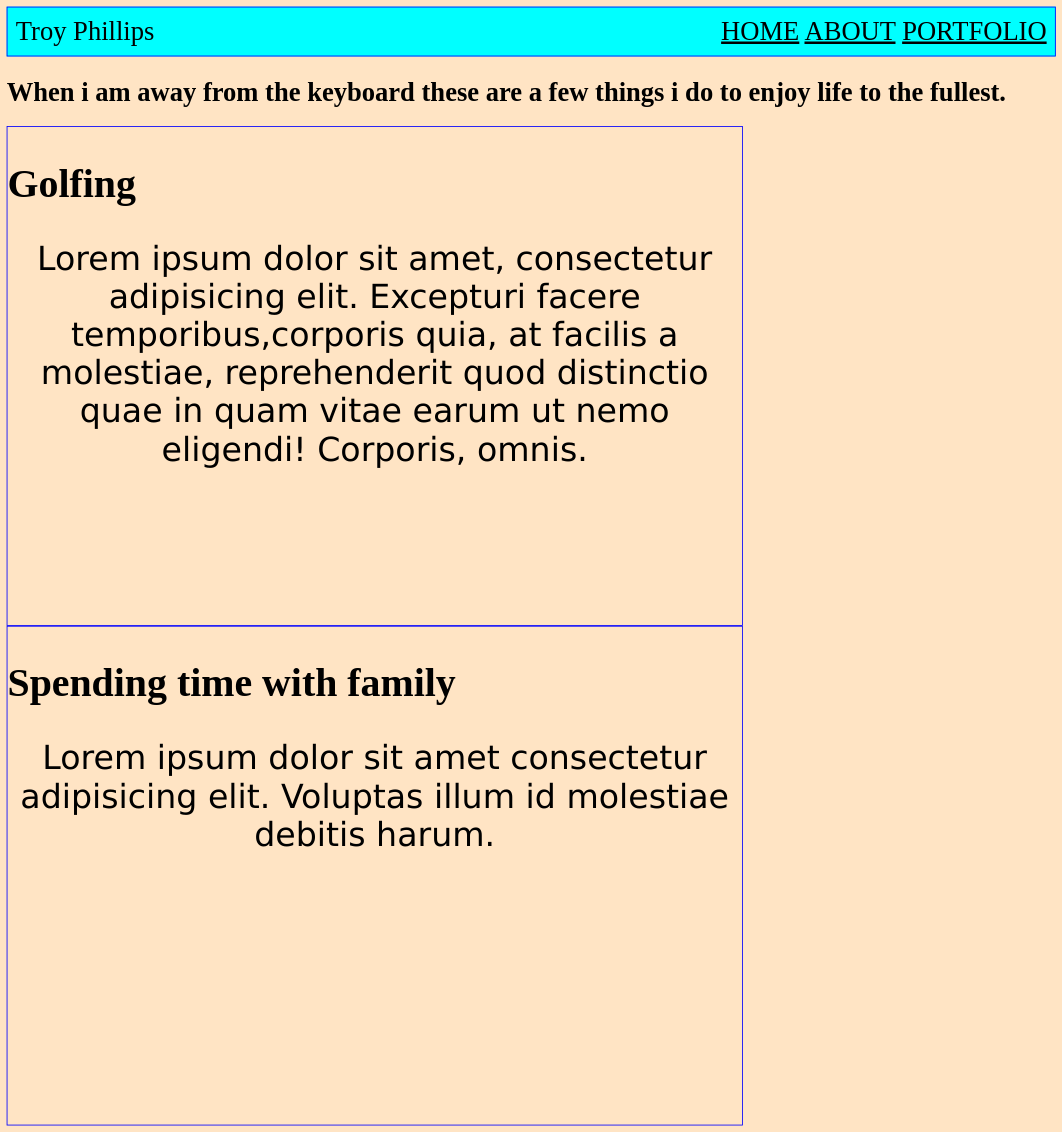
Repository: TheTroyPhillips/Personal-website
Page: about.html
The author's editor kept a copy of each file at every save. The page is drawn from the files as they stood at one save, then again after a run of saves.
The browser window is 1280 px wide. The pictures show the whole page, at 83% of full size.

Above is the page before, as saved 2023-09-10 22:50:15.

After the next 3 saves:
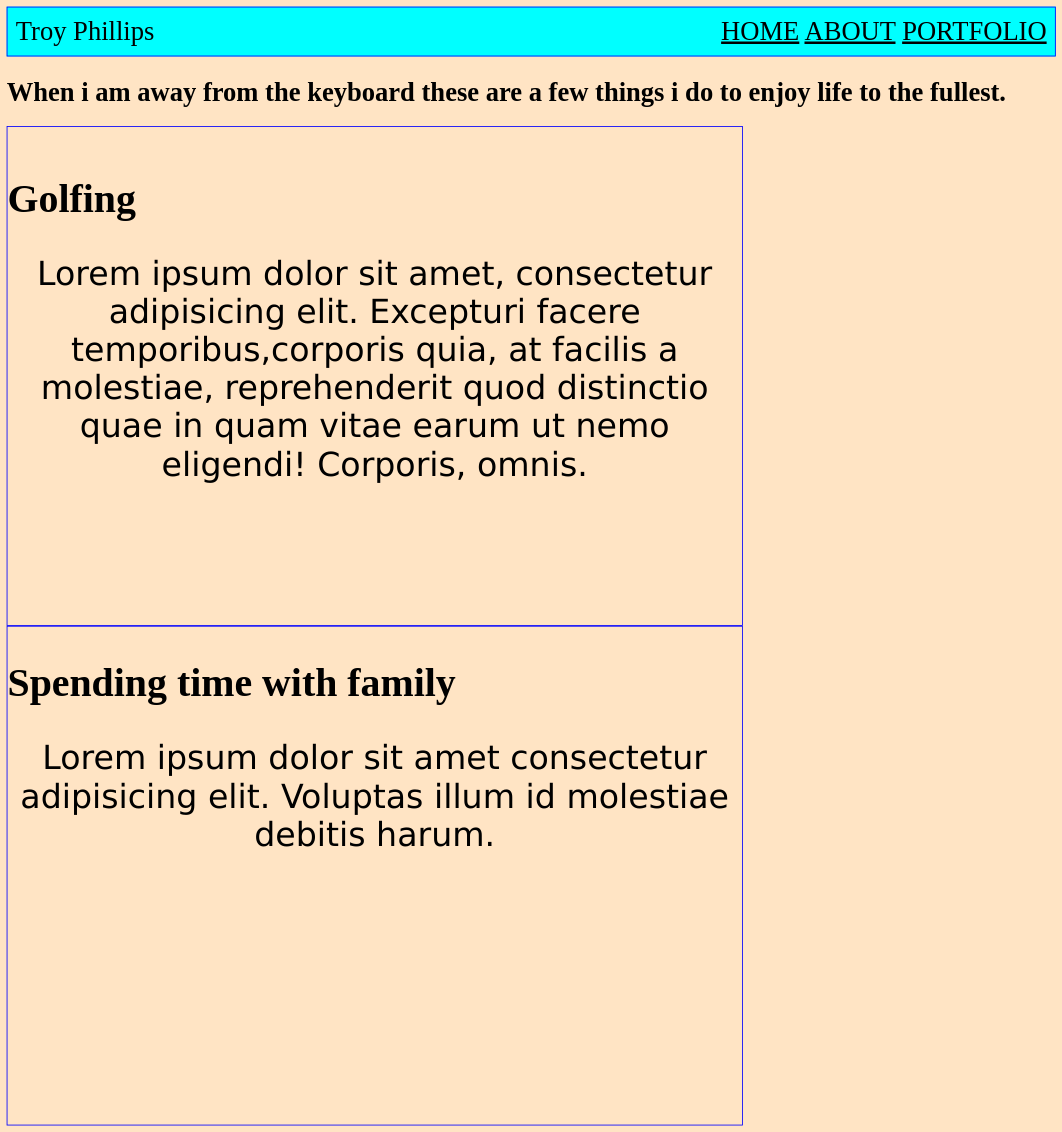
The 3 saves are shown as one change because they came seconds apart.
The last was saved 2 min 50 s later.
--- a/about.html
+++ b/about.html
@@ -18,6 +18,7 @@
         <h1 class="about">When i am away from the keyboard these are
             a few things i do to enjoy life to the fullest.</h1>
         <div class="childb">
+            <img src="" alt="" srcset="">
             <section>
                 <h2>Golfing</h2>
                 <p class="pa">Lorem ipsum dolor sit amet, consectetur adipisicing elit. Excepturi facere
